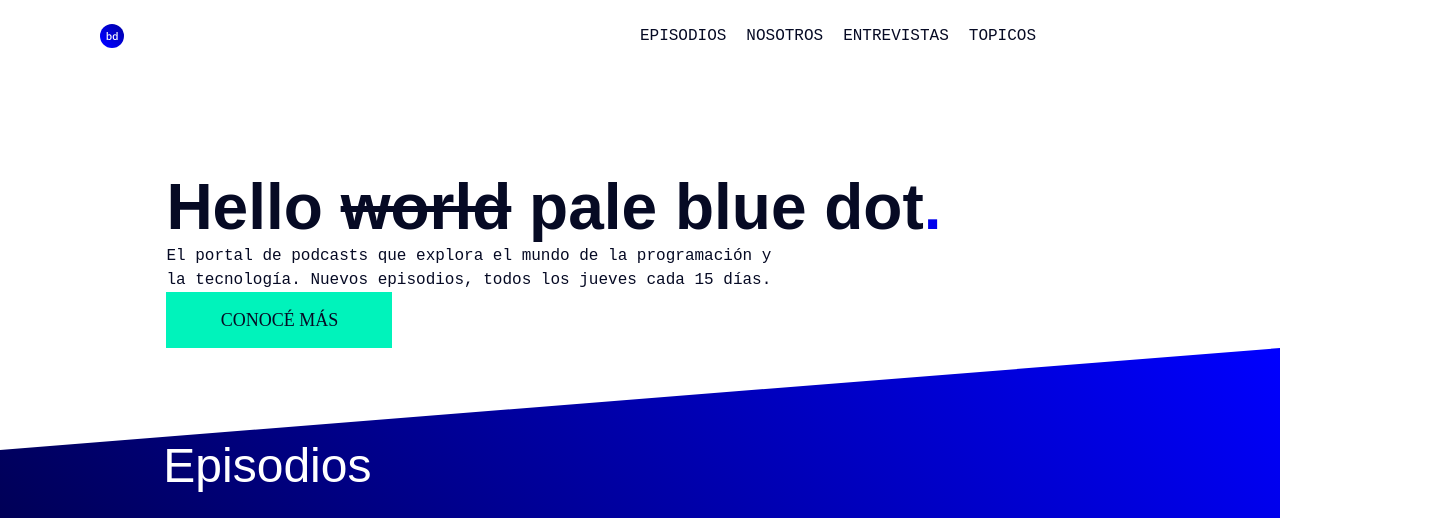
Repository: FedeGA93/podcast
Page: index.html
An editor plug-in stored every save of this project. The page is shown before and after a run of saves, followed by the edit.
The browser window is 1280 px wide. The page is 1440 px wide, so the pictures cover 1440 px, including what lies to the right of the window. The pictures show the part of the page from y = 0 to 518 px (the page is 3205 px tall before and 3233 px after).
Pictures or frames that could not be fetched are drawn as grey boxes. Some web fonts or font styles are not loaded; a fallback is used. Some web libraries are served in a nearby version.

Above is the page before, as saved 2019-11-26 17:12:06.

After the next 4 saves:
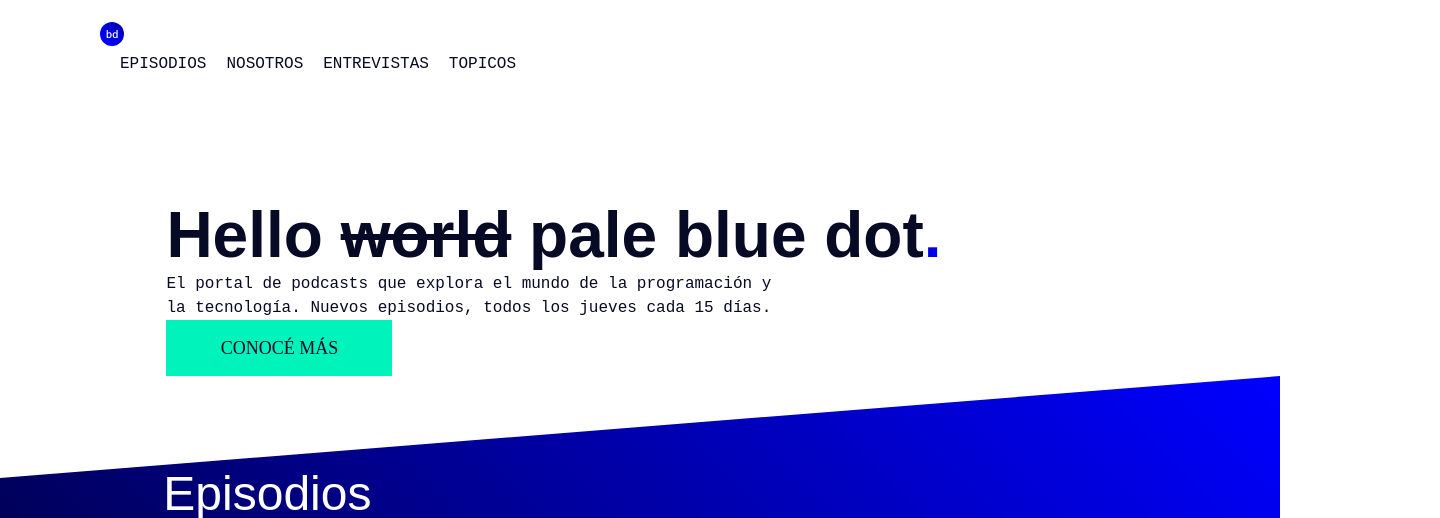
The 4 saves are shown as one change because they came seconds apart.
The last was saved 12 s later.
--- a/index.html
+++ b/index.html
@@ -18,8 +18,9 @@
     <header class="estilo-header">
         <div class="menu">
 
+<article>
+            <img src="images/logo.svg" alt="Logo del podcast" class="responsive-logo">
 
-            <img src="images/logo.svg" alt="Logo del podcast" class="responsive-logo">
             <nav>
                 <!-- DEsde acá-->
                 <input type="checkbox" id="transformacion" />

After the 6 saves that followed:
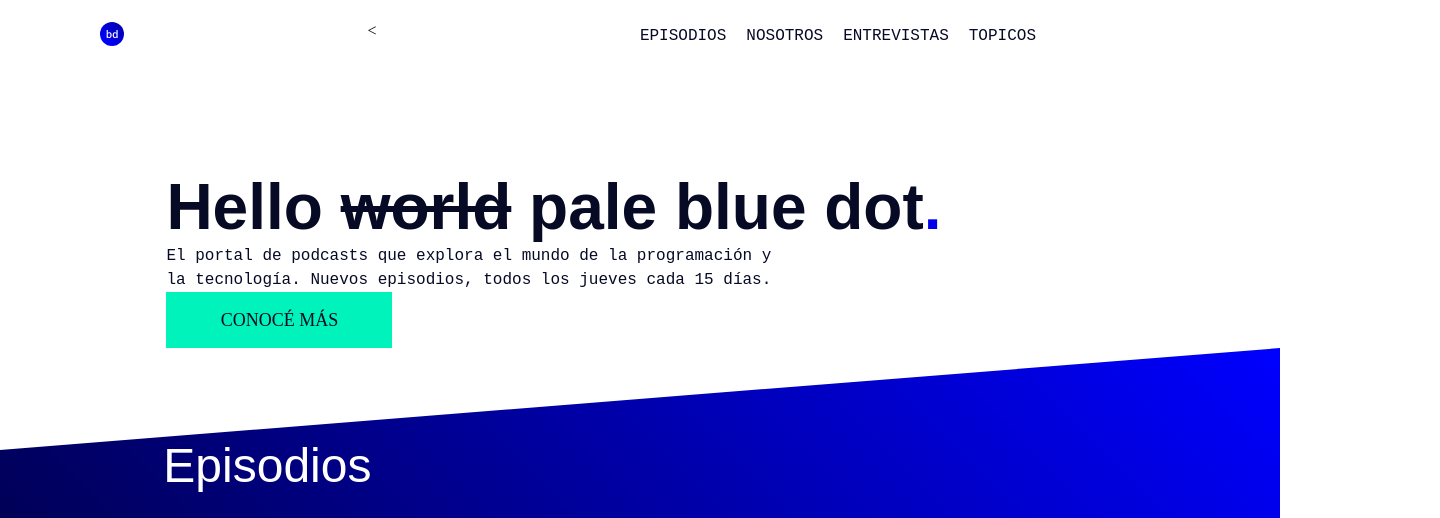
The 6 saves are shown as one change because 2 left the picture as it was and some came seconds apart.
The last was saved 28 s later.
--- a/index.html
+++ b/index.html
@@ -20,7 +20,8 @@
 
 <article>
             <img src="images/logo.svg" alt="Logo del podcast" class="responsive-logo">
-
+         </article>
+         <
             <nav>
                 <!-- DEsde acá-->
                 <input type="checkbox" id="transformacion" />
